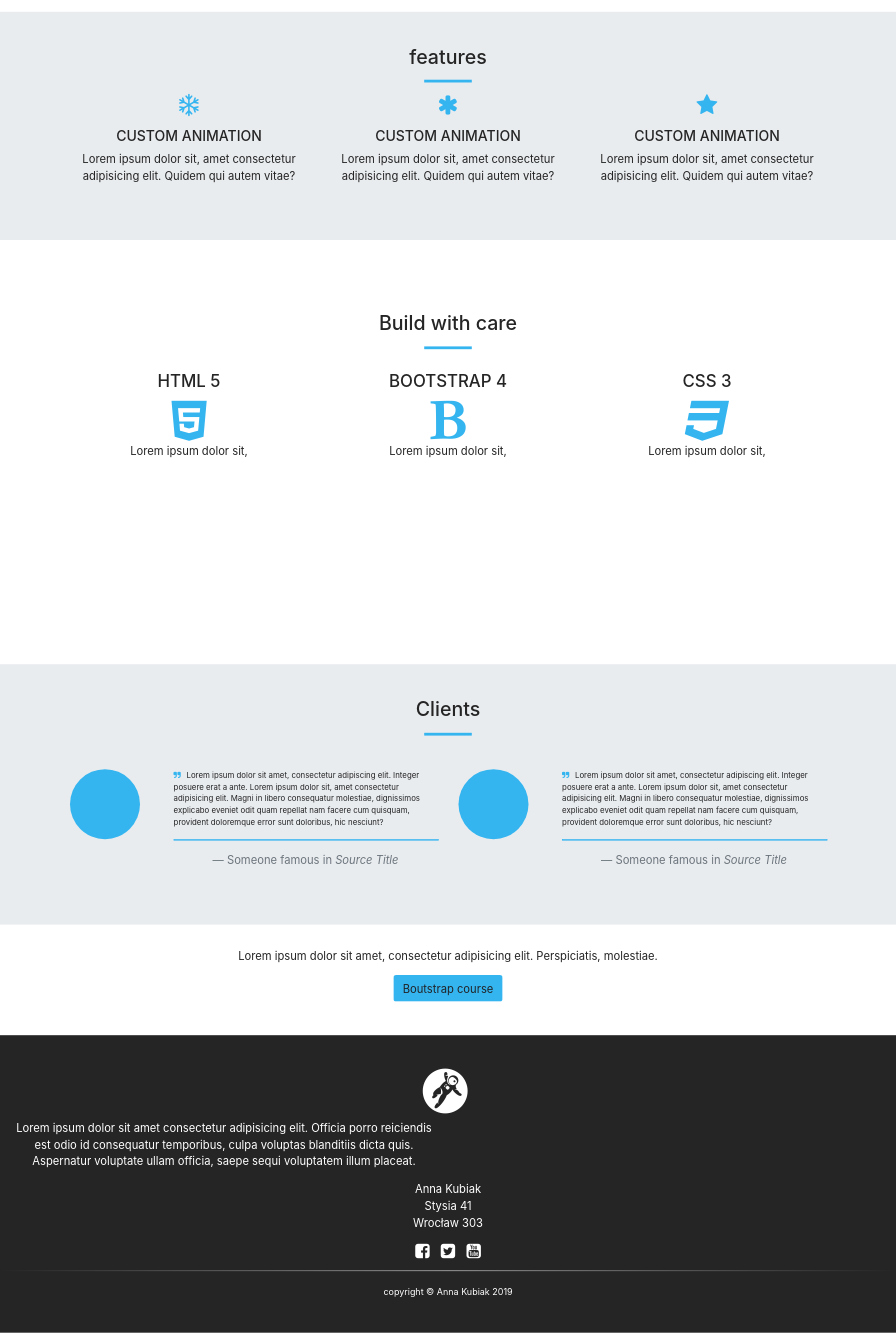
Repository: Mietlicha/bootstrap_template_exercise
Page: index.html
These files come from the project's save history. The page is drawn as it stood at one moment and after the next save; the edit follows.
The browser window is 1280 px wide. The pictures show the part of the page from y = 987 to 2907 px (the page is 2891 px tall before and 2907 px after), at 70% of full size.

Above is the page before, as saved 2019-11-19 23:48:24.

After the next save:
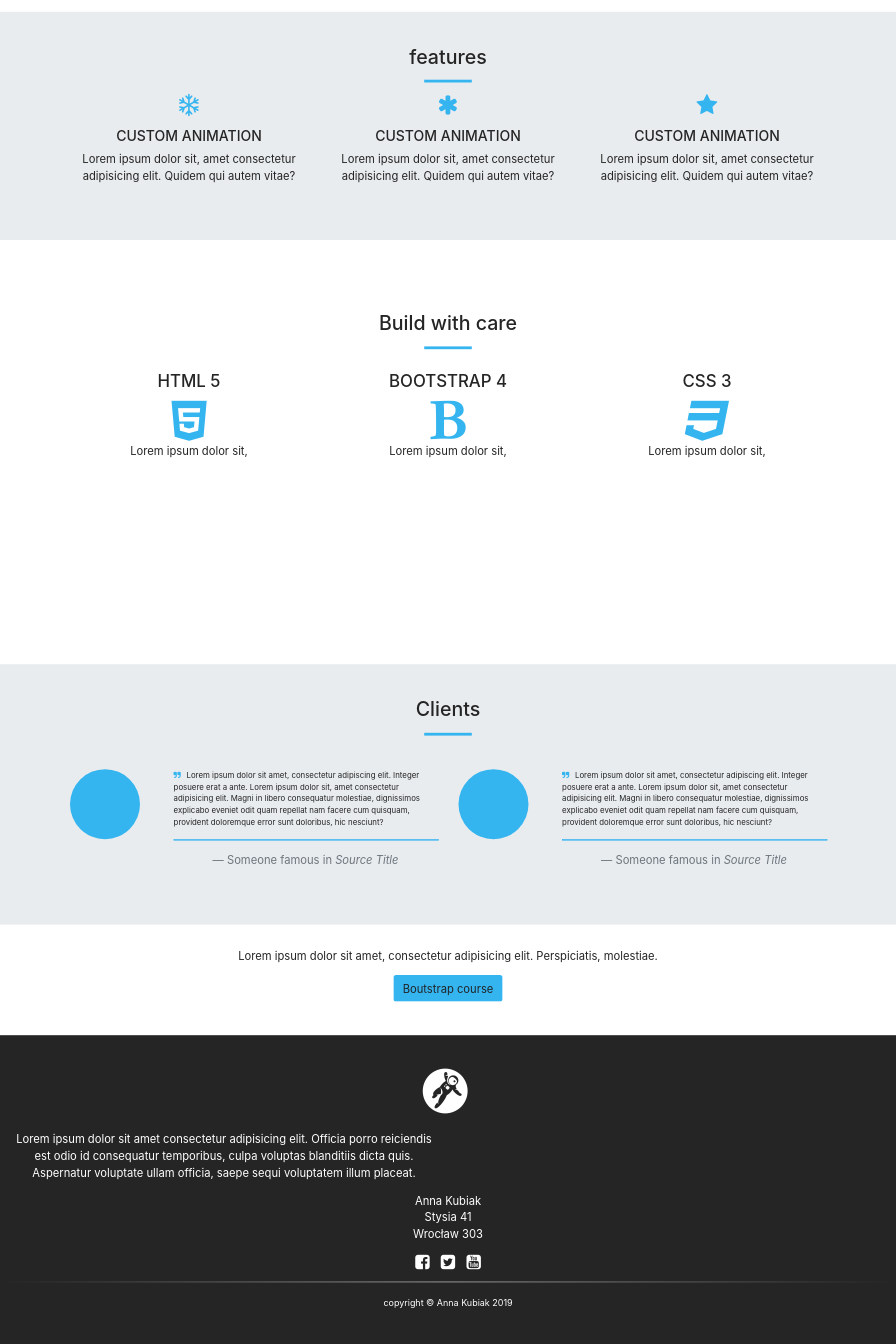
Saved 112 s later.
--- a/index.html
+++ b/index.html
@@ -140,7 +140,7 @@
     <!--------------------footer-------------------->
     <footer id="contact" class="text-center mt-5 pt-5 pb-5">
         <i class="fa fa-grav mr-2" aria-hidden="true"></i>
-        <p class="col-md-6">Lorem ipsum dolor sit amet consectetur adipisicing elit. Officia porro reiciendis est odio id consequatur temporibus, culpa voluptas blanditiis dicta quis. Aspernatur voluptate ullam officia, saepe sequi voluptatem illum placeat.</p>
+        <p class="col-md-3"></p><p class="col-md-6">Lorem ipsum dolor sit amet consectetur adipisicing elit. Officia porro reiciendis est odio id consequatur temporibus, culpa voluptas blanditiis dicta quis. Aspernatur voluptate ullam officia, saepe sequi voluptatem illum placeat.</p>
         <address>
             <p>
             Anna Kubiak<br>
